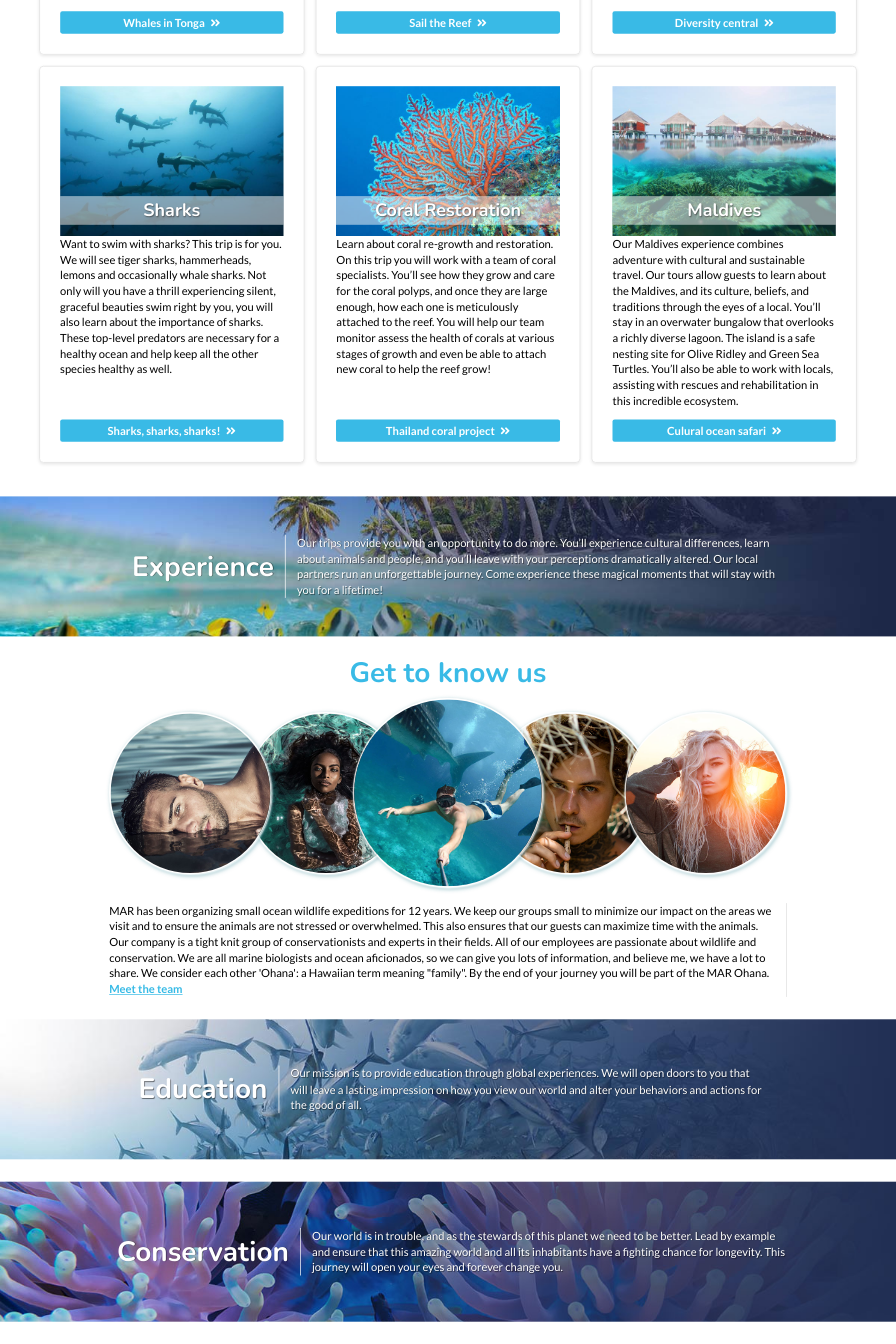
Repository: mariocapitbrok/css-combining-grid-and-flexbox-ch04
Page: 04_09/04_09_start.html
These files come from the project's save history. The page is drawn as it stood at one moment and after the next save; the edit follows.
The browser window is 1280 px wide. The pictures show the part of the page from y = 1023 to 2943 px (the page is 2943 px tall before and 2783 px after), at 70% of full size.

Above is the page before, as saved 2022-10-10 19:40:05.

After the next save:
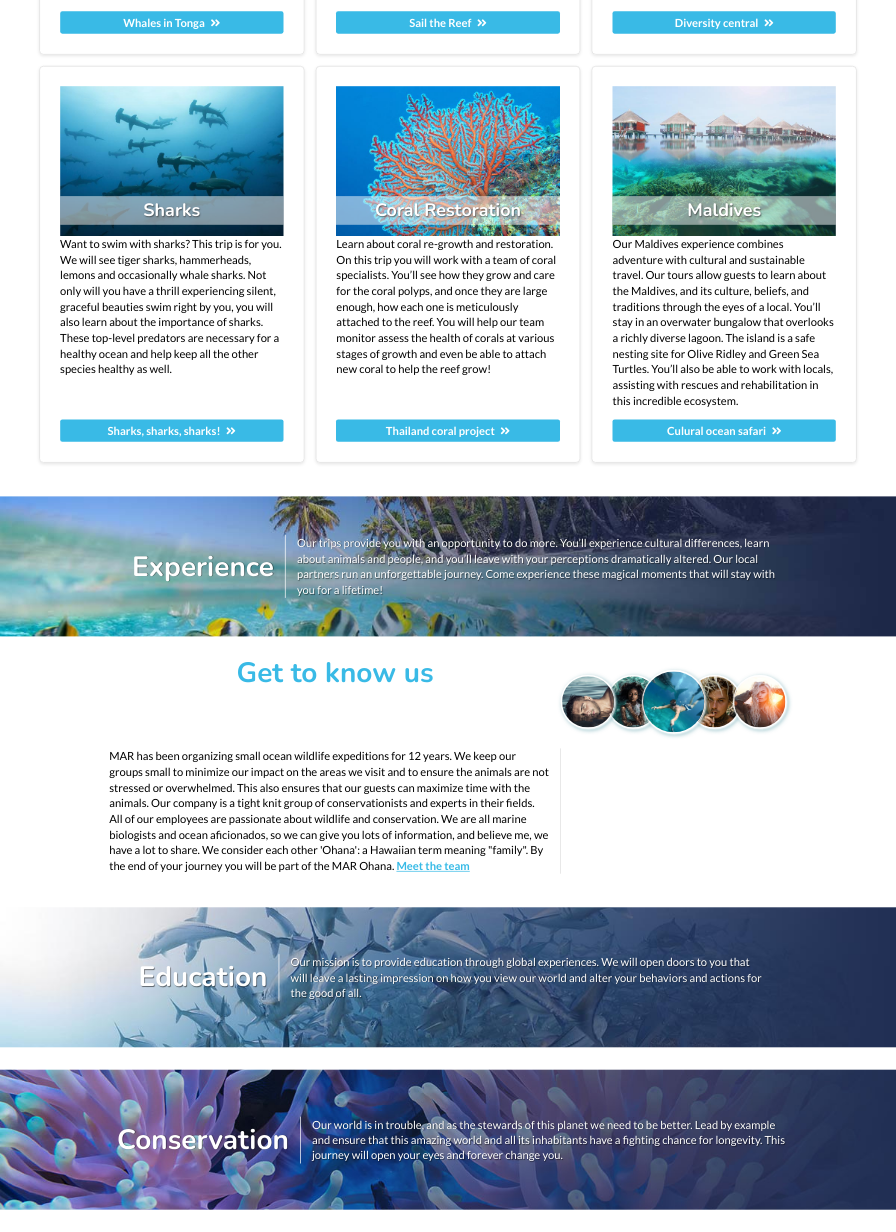
Saved 32 min 50 s later.
--- a/04_09/styles/base.css
+++ b/04_09/styles/base.css
@@ -576,6 +576,9 @@
     max-width: 1000px;
     margin: auto;
     padding: 0 1rem;
+    display: grid;
+    grid-template-columns: 1fr .5fr;
+    grid-template-rows: repeat(2, auto);
   }
 
   .team h1 {

After the save that followed:
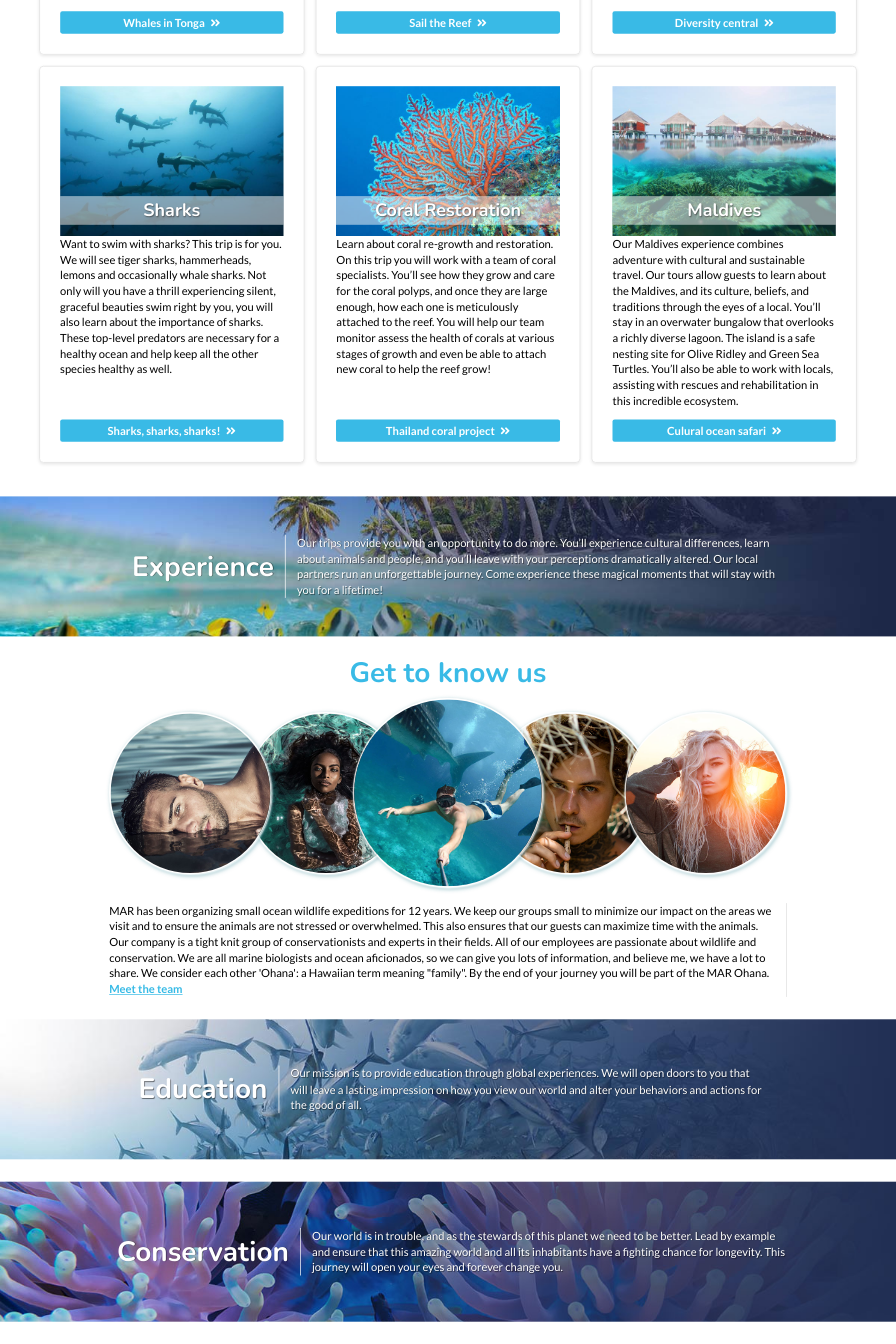
Saved 31 s later.
--- a/04_09/styles/base.css
+++ b/04_09/styles/base.css
@@ -576,9 +576,6 @@
     max-width: 1000px;
     margin: auto;
     padding: 0 1rem;
-    display: grid;
-    grid-template-columns: 1fr .5fr;
-    grid-template-rows: repeat(2, auto);
   }
 
   .team h1 {
